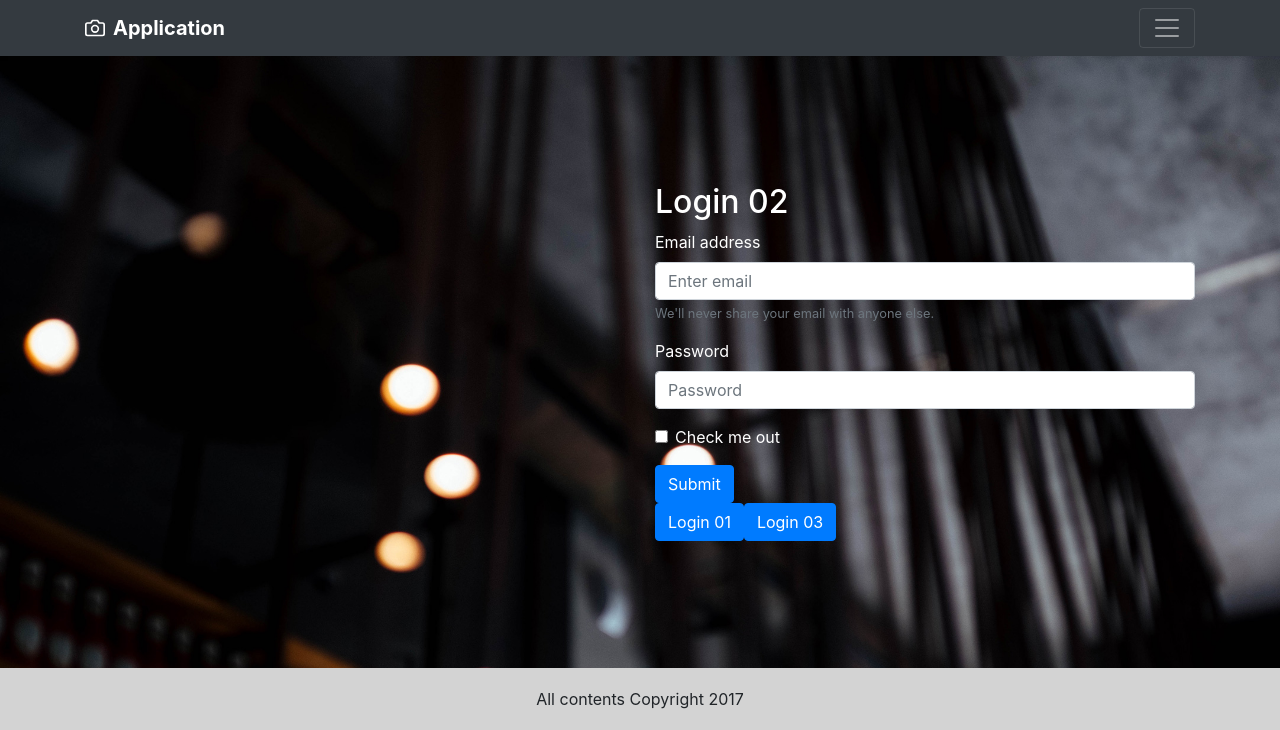
Repository: bijoysen/angular7-landing-login
Page: /
An editor plug-in stored every save of this project. The page is shown before and after the next save, followed by the edit.
The browser window is 1280 px wide. The pictures show the whole page.
The project was rebuilt for these pictures with package versions that can differ from the ones it lists, and the page was loaded fresh each time. Also part of the build but not shown: angular.json, src/app/pre/landing/landing.component.ts, src/app/pre/login-one/login-one.component.ts, src/app/pre/login-three/login-three.component.ts.

Above is the page before, as saved 2018-12-17 19:33:51.

### src/index.html
<!doctype html>
<html lang="en">
<head>
  <meta charset="utf-8">
  <title>Angular7LandingLogin</title>
  <base href="/">

  <meta name="viewport" content="width=device-width, initial-scale=1">
  <link rel="icon" type="image/x-icon" href="favicon.ico">
</head>
<body>
  <app-root></app-root>
</body>
</html>

### src/app/app.module.ts
import { BrowserModule } from '@angular/platform-browser';
import { NgModule } from '@angular/core';

import { AppRoutingModule } from './app-routing.module';
import { AppComponent } from './app.component';
import { HeaderComponent } from './shared/header/header.component';
import { FooterComponent } from './shared/footer/footer.component';
import { LandingComponent } from './pre/landing/landing.component';
import { LoginOneComponent } from './pre/login-one/login-one.component';
import { LoginTwoComponent } from './pre/login-two/login-two.component';
import { LoginThreeComponent } from './pre/login-three/login-three.component';

@NgModule({
  declarations: [
    AppComponent,
    HeaderComponent,
    FooterComponent,
    LandingComponent,
    LoginOneComponent,
    LoginTwoComponent,
    LoginThreeComponent
  ],
  imports: [
    BrowserModule,
    AppRoutingModule
  ],
  providers: [],
  bootstrap: [AppComponent]
})
export class AppModule { }

### src/app/app.component.ts
import { Component } from '@angular/core';

@Component({
  selector: 'app-root',
  templateUrl: './app.component.html',
  styleUrls: ['./app.component.scss']
})
export class AppComponent {
  title = 'angular7-landing-login';
}

### src/app/pre/login-two/login-two.component.ts
import { Component, OnInit } from '@angular/core';

@Component({
  selector: 'app-login-two',
  templateUrl: './login-two.component.html',
  styleUrls: ['./login-two.component.scss']
})
export class LoginTwoComponent implements OnInit {

  constructor() { }

  ngOnInit() {
  }

}

### src/app/app.component.html
<app-header></app-header>
<router-outlet></router-outlet>
<!-- <app-landing></app-landing> -->
<!-- <app-login-one></app-login-one> -->
<app-login-two></app-login-two>
<!-- <app-login-three></app-login-three> -->

<app-footer></app-footer>

### src/app/shared/header/header.component.html
<header>
	<!-- <div class="collapse bg-dark" id="navbarHeader">
		<div class="container">
			<div class="row">
				<div class="col-sm-8 col-md-7 py-4">
					<h4 class="text-white">About</h4>
					<p class="text-muted">Add some information about the album below, the author, or any other background context. Make it a few sentences long so folks can pick up some informative tidbits. Then, link them off to some social networking sites or contact information.</p>
				</div>
				<div class="col-sm-4 offset-md-1 py-4">
					<h4 class="text-white">Contact</h4>
					<ul class="list-unstyled">
						<li><a href="#" class="text-white">Follow on Twitter</a></li>
						<li><a href="#" class="text-white">Like on Facebook</a></li>
						<li><a href="#" class="text-white">Email me</a></li>
					</ul>
				</div>
			</div>
		</div>
	</div> -->
	<div class="navbar navbar-dark bg-dark shadow-sm">
		<div class="container d-flex justify-content-between">
			<a href="#" class="navbar-brand d-flex align-items-center">
				<svg xmlns="http://www.w3.org/2000/svg" width="20" height="20" viewBox="0 0 24 24" fill="none" stroke="currentColor" stroke-width="2" stroke-linecap="round" stroke-linejoin="round" class="mr-2"><path d="M23 19a2 2 0 0 1-2 2H3a2 2 0 0 1-2-2V8a2 2 0 0 1 2-2h4l2-3h6l2 3h4a2 2 0 0 1 2 2z"></path><circle cx="12" cy="13" r="4"></circle></svg>
				<strong>Application</strong>
			</a>
			<button class="navbar-toggler" type="button" data-toggle="collapse" data-target="#navbarHeader" aria-controls="navbarHeader" aria-expanded="false" aria-label="Toggle navigation">
			<span class="navbar-toggler-icon"></span>
			</button>
		</div>
	</div>
</header>

### src/app/shared/footer/footer.component.html
<footer class="pageFooter text-center">
  <p>All contents Copyright 2017</p>
</footer>

### src/app/shared/footer/footer.component.scss
.pageFooter {
    background: #d3d3d3;
    padding: 19px 0;
    p {
        margin-bottom: 0;
    }
}

### src/app/pre/login-two/login-two.component.html
<!-- Common Part Start -->
<section class="pageContent" style="background-image: url('assets/images/03.jpg')">
	<div class="container">
		<div class="row align-items-center">
			<div class="col-md-6"></div>
			<div class="col-md-6">
				<!-- New Section Start -->
				<h2>Login 02</h2>

				<form>
					<div class="form-group">
						<label for="exampleInputEmail1">Email address</label>
						<input type="email" class="form-control" id="exampleInputEmail1" aria-describedby="emailHelp" placeholder="Enter email">
						<small id="emailHelp" class="form-text text-muted">We'll never share your email with anyone else.</small>
					</div>
					<div class="form-group">
						<label for="exampleInputPassword1">Password</label>
						<input type="password" class="form-control" id="exampleInputPassword1" placeholder="Password">
					</div>
					<div class="form-group form-check">
						<input type="checkbox" class="form-check-input" id="exampleCheck1">
						<label class="form-check-label" for="exampleCheck1">Check me out</label>
					</div>
					<button type="submit" class="btn btn-primary">Submit</button>
				</form>

				<button type="submit" class="btn btn-primary">Login 01</button>
				<button type="submit" class="btn btn-primary">Login 03</button>
				<!-- New Section End -->
			</div>
		</div>
	</div>
</section>
<!-- Common Part End -->

### src/app/pre/login-two/login-two.component.scss
.pageContent {
    background-repeat: no-repeat;
    background-size: cover;
    background-position: center top;
    color: #fff;
    > .container > .row {
        height: 85vh;
    }
}

Loaded but not shown: src/styles.scss (common file); src/main.ts (common file); src/environments/environment.ts (common file); src/app/app-routing.module.ts (common file); src/app/shared/header/header.component.ts (common file); src/app/shared/footer/footer.component.ts (common file); src/app/shared/header/header.component.scss (no stored copy; drawn as an empty file); src/app/app.component.scss (no stored copy; drawn as an empty file)

After the next save:
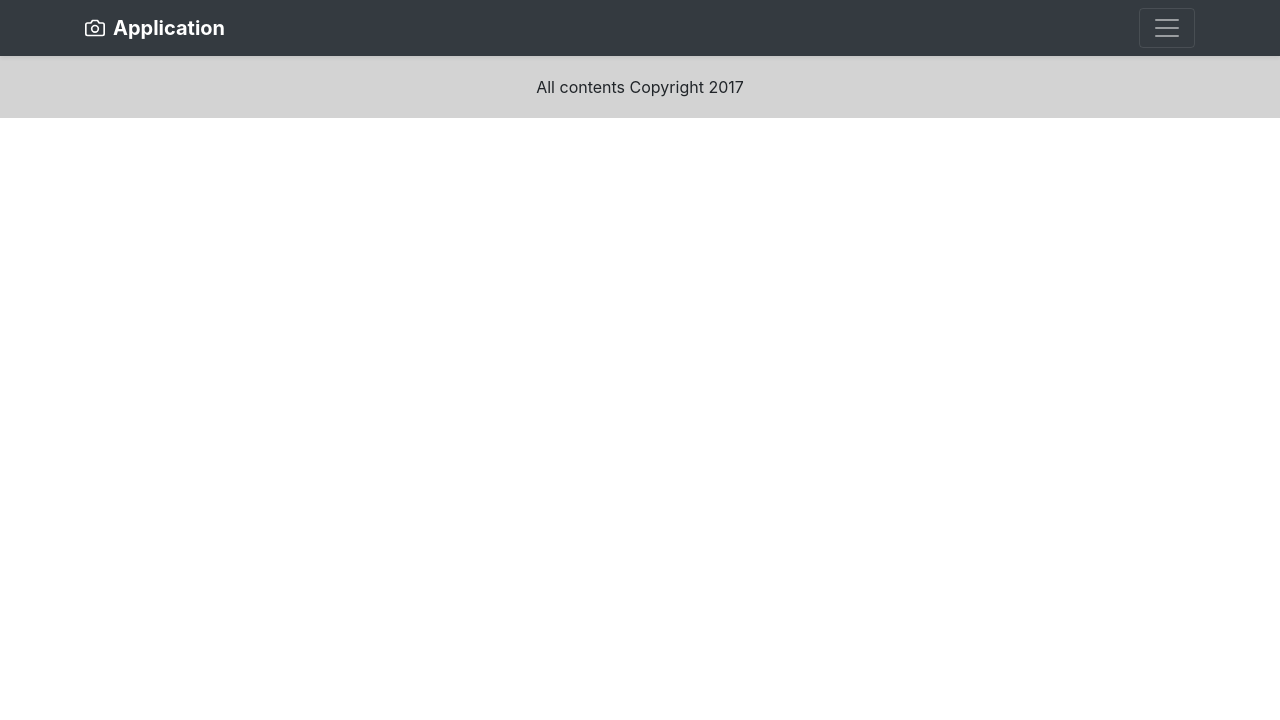
Saved 37 s later.
--- a/src/app/app.component.html
+++ b/src/app/app.component.html
@@ -2,7 +2,7 @@
 <router-outlet></router-outlet>
 <!-- <app-landing></app-landing> -->
 <!-- <app-login-one></app-login-one> -->
-<app-login-two></app-login-two>
+<!-- <app-login-two></app-login-two> -->
 <!-- <app-login-three></app-login-three> -->
 
 <app-footer></app-footer>
